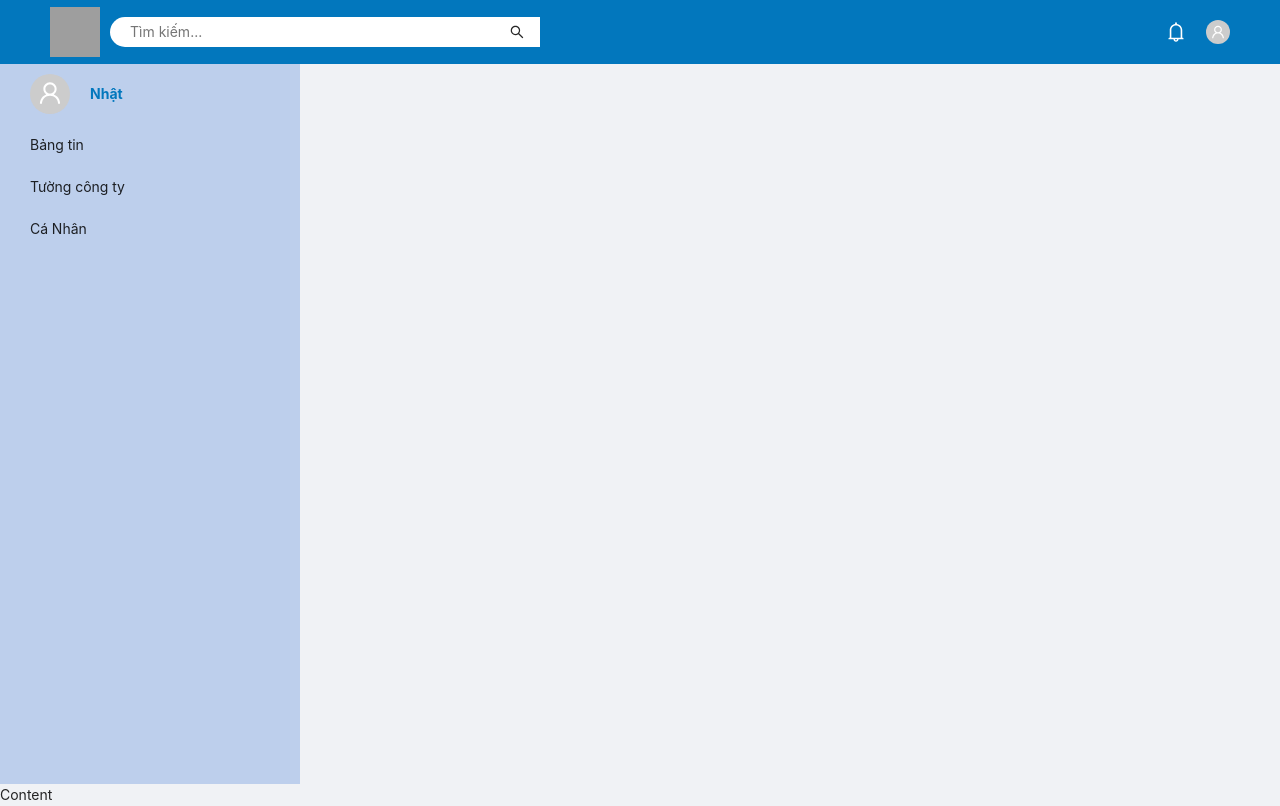
Repository: baonhat27/SocialNetwork_FE
Page: /home
An editor plug-in stored every save of this project. The page is shown before and after the next save, followed by the edit.
The browser window is 1280 px wide. The pictures show the whole page.
Pictures or frames that could not be fetched are drawn as grey boxes. The project was rebuilt for these pictures with package versions that can differ from the ones it lists, and the page was loaded fresh each time. Also part of the build but not shown: src/containers/home/component/HomeComponent.module.css, src/containers/loginPage/component/LoginPageComponent.module.css, src/components/Input/Input.module.css, src/components/Input/Input.js, src/components/Button/Button.module.css, src/components/Button/Button.js, src/containers/loginPage/component/LoginPageComponent.js, src/containers/loginPage/LoginPageContainer.js.

Above is the page before, as saved 2022-03-09 21:58:53.

After the next save:
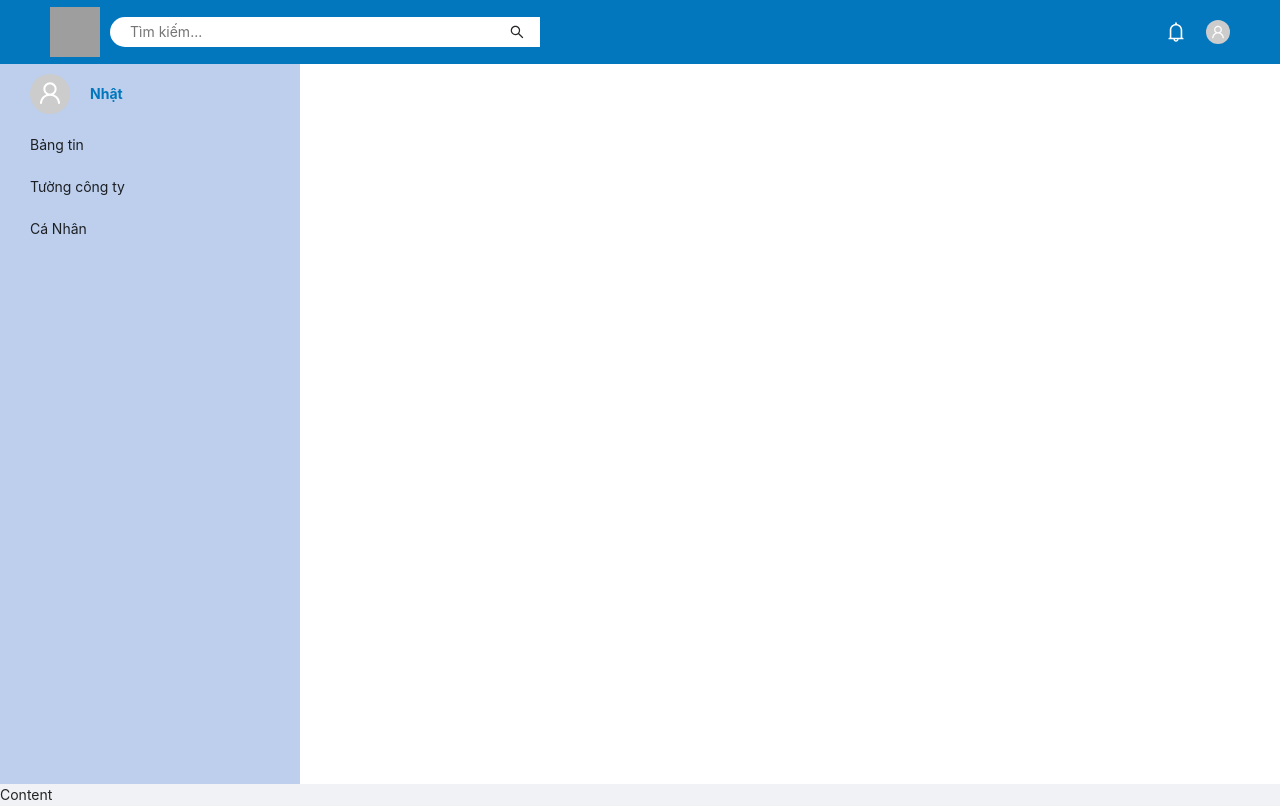
Saved 94 s later.
--- a/src/containers/home/component/HomeComponent.js
+++ b/src/containers/home/component/HomeComponent.js
@@ -4,16 +4,16 @@ import { Layout, Avatar } from "antd";
 import { UserOutlined } from "@ant-design/icons";
 import SiderComponent from "../../sider/component/SiderComponent";
 
-const { Header, Footer, Sider, Content } = Layout;
+const {  Content } = Layout;
 
 const HomeComponent = (props) => {
     return (
-        <Layout>
+        <div>
             <SiderComponent/>
             <Layout>
                 <Content>Content</Content>
             </Layout>
-        </Layout>
+        </div>
     );
 };
 
